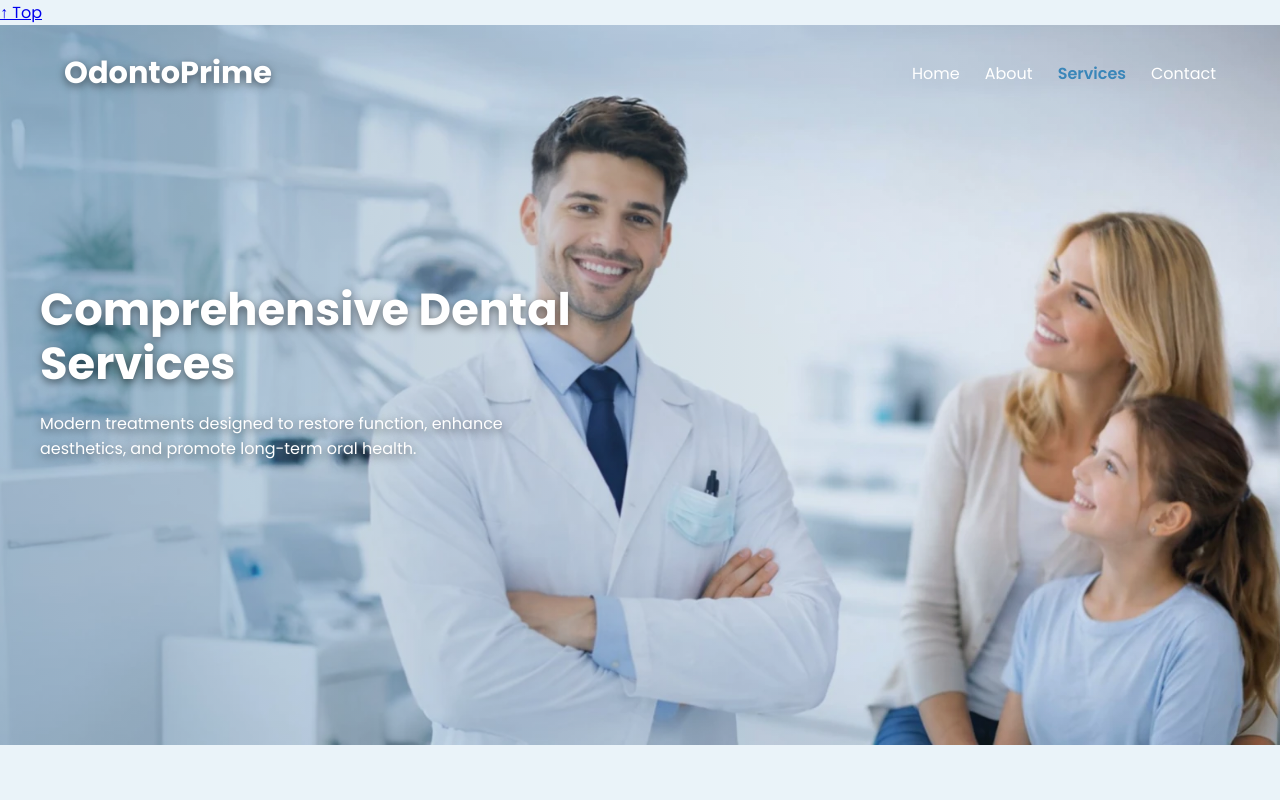
Repository: davidfsillva/OdontoPrime
Page: services.html
These files come from the project's save history. The page is drawn as it stood at one moment and after the next save; the edit follows.
The browser window is 1280 px wide. The pictures show the part of the page from y = 0 to 800 px (the page is 3760 px tall before and 3735 px after).
A picture or video elsewhere on the page could not be fetched, so the positions and the page height are approximate.

Above is the page before, as saved 2026-02-16 22:34:21.

After the next save:
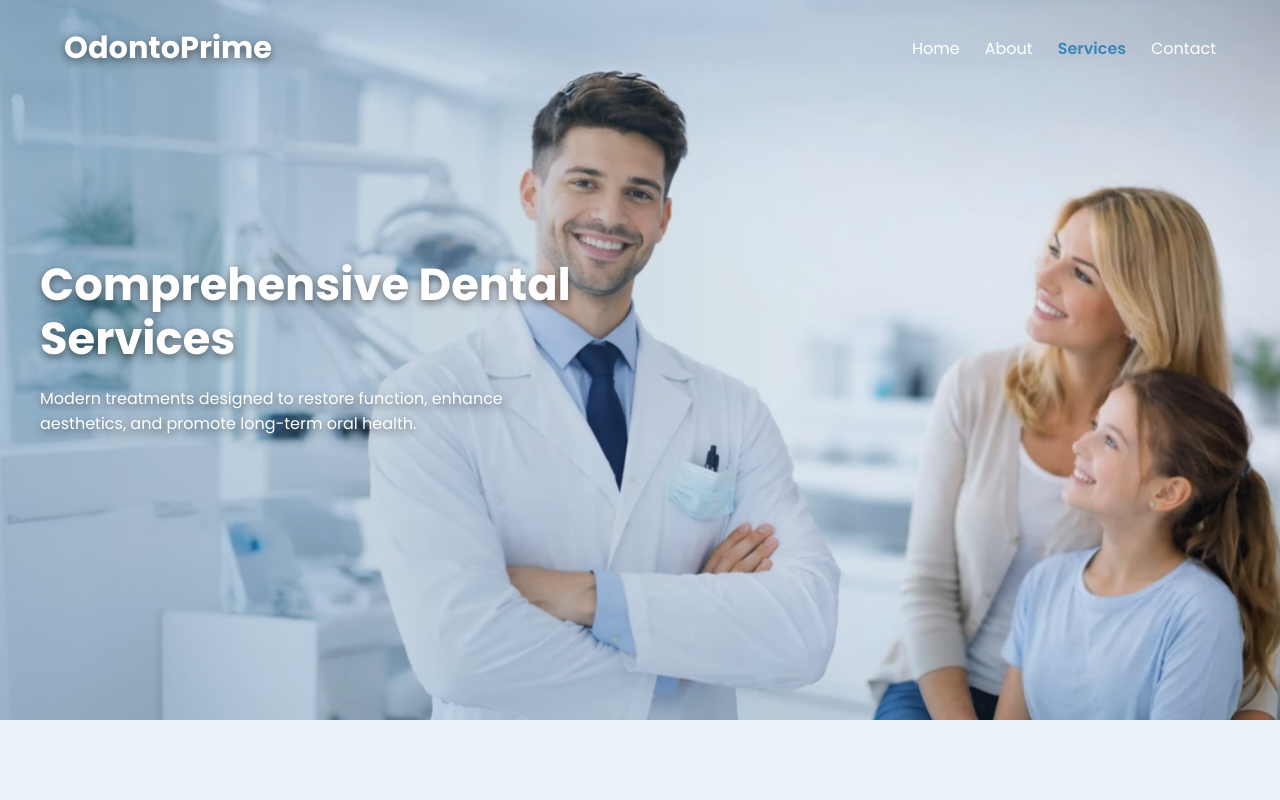
Console error: TypeError: Cannot read properties of null (reading 'addEventListener')
Saved 4 s later.
--- a/services.html
+++ b/services.html
@@ -8,8 +8,7 @@
 <link rel="stylesheet" href="style.css">
 <link href="https://fonts.googleapis.com/css2?family=Poppins:wght@300;400;600;700&display=swap" rel="stylesheet">
 </head>
-<!-- BOTÃO VOLTAR AO TOPO -->
-<a href="#" class="back-to-top" id="backToTop">↑ Top</a>
+
 
 <body>
 
